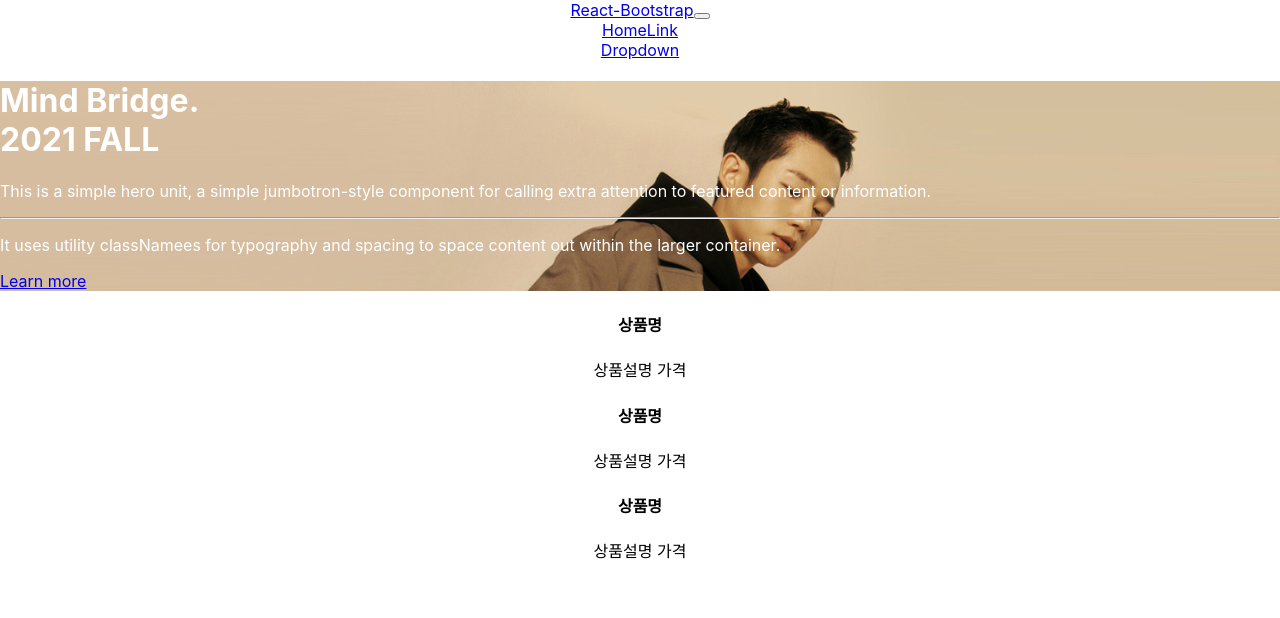
Repository: eunsuneun/react-shop
Page: /
The author's editor kept a copy of each file at every save. The page is drawn from the files as they stood at one save, then again after a run of saves.
The browser window is 1280 px wide. The pictures show the whole page.
The project was rebuilt for these pictures with package versions that can differ from the ones it lists, and the page was loaded fresh each time.

Above is the page before, as saved 2021-08-25 20:29:12.

### src/App.js
import logo from './logo.svg';
import { Navbar, Container, Nav, NavDropdown } from 'react-bootstrap';

import './App.css';

function App() {
  return (
    <div className='App'>
      <Navbar bg='light' expand='lg'>
        <Container>
          <Navbar.Brand href='#home'>React-Bootstrap</Navbar.Brand>
          <Navbar.Toggle aria-controls='basic-navbar-nav' />
          <Navbar.Collapse id='basic-navbar-nav'>
            <Nav className='me-auto'>
              <Nav.Link href='#home'>Home</Nav.Link>
              <Nav.Link href='#link'>Link</Nav.Link>
              <NavDropdown title='Dropdown' id='basic-nav-dropdown'>
                <NavDropdown.Item href='#action/3.1'>Action</NavDropdown.Item>
                <NavDropdown.Item href='#action/3.2'>
                  Another action
                </NavDropdown.Item>
                <NavDropdown.Item href='#action/3.3'>
                  Something
                </NavDropdown.Item>
                <NavDropdown.Divider />
                <NavDropdown.Item href='#action/3.4'>
                  Separated link
                </NavDropdown.Item>
              </NavDropdown>
            </Nav>
          </Navbar.Collapse>
        </Container>
      </Navbar>
      <div className='jumbotron visual'>
        <h1 className='display-4'>
          Mind Bridge. <br />
          2021 FALL
        </h1>
        <p className='lead'>
          This is a simple hero unit, a simple jumbotron-style component for
          calling extra attention to featured content or information.
        </p>
        <hr className='my-4' />
        <p>
          It uses utility classNamees for typography and spacing to space
          content out within the larger container.
        </p>
        <a className='btn btn-light btn-lg' href='#' role='button'>
          Learn more
        </a>
      </div>
      <div className='container'>
        <div className='row'>
          <div className='col-md-4'>
            <h4>상품명</h4>
            <p>상품설명 가격</p>
          </div>
          <div className='col-md-4'>
            <h4>상품명</h4>
            <p>상품설명 가격</p>
          </div>
          <div className='col-md-4'>
            <h4>상품명</h4>
            <p>상품설명 가격</p>
          </div>
        </div>
      </div>
    </div>
  );
}

export default App;

### src/App.css
.App {
  text-align: center;
}

.App-logo {
  height: 40vmin;
  pointer-events: none;
}

@media (prefers-reduced-motion: no-preference) {
  .App-logo {
    animation: App-logo-spin infinite 20s linear;
  }
}

.App-header {
  background-color: #282c34;
  min-height: 100vh;
  display: flex;
  flex-direction: column;
  align-items: center;
  justify-content: center;
  font-size: calc(10px + 2vmin);
  color: white;
}

.App-link {
  color: #61dafb;
}

@keyframes App-logo-spin {
  from {
    transform: rotate(0deg);
  }
  to {
    transform: rotate(360deg);
  }
}

.visual {
  background: url(./img/visual.jpg) no-repeat top / cover;
  text-align: left;
  color: #fff;
}

Loaded but not shown: src/index.js (common file); src/index.css (common file); src/reportWebVitals.js (common file)

After the next 2 saves:
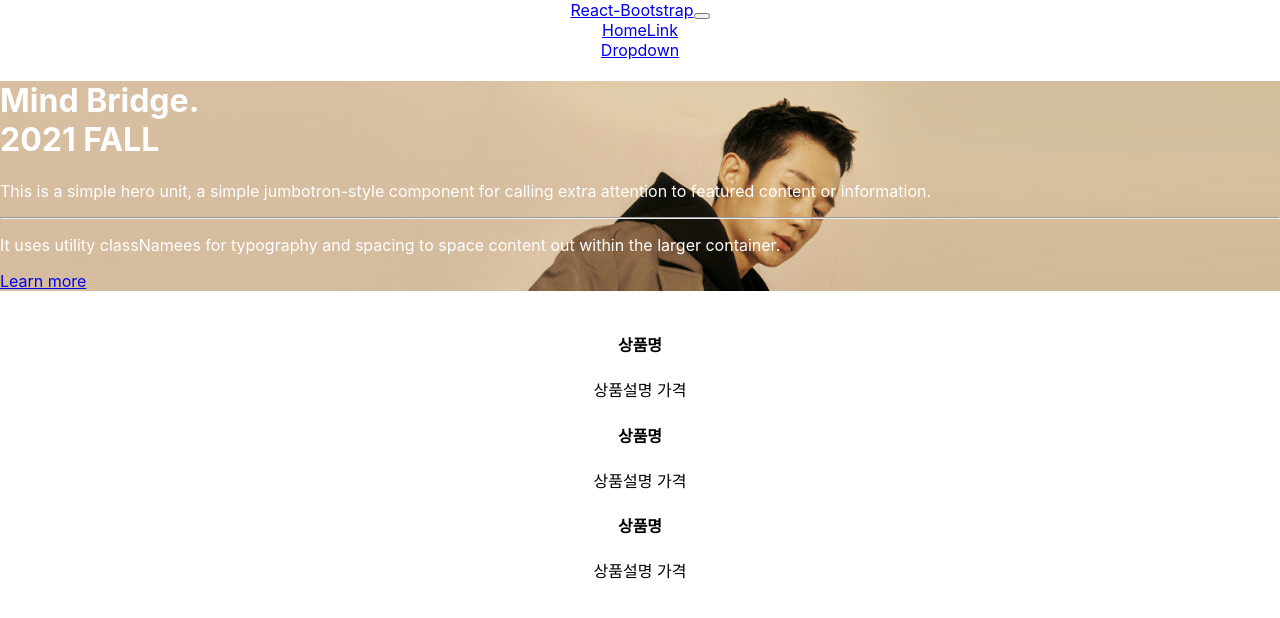
The 2 saves are shown as one change because they came seconds apart.
The last was saved 3 min 43 s later.
--- a/src/App.js
+++ b/src/App.js
@@ -52,6 +52,7 @@ function App() {
       <div className='container'>
         <div className='row'>
           <div className='col-md-4'>
+            <img src=''></img>
             <h4>상품명</h4>
             <p>상품설명 가격</p>
           </div>
